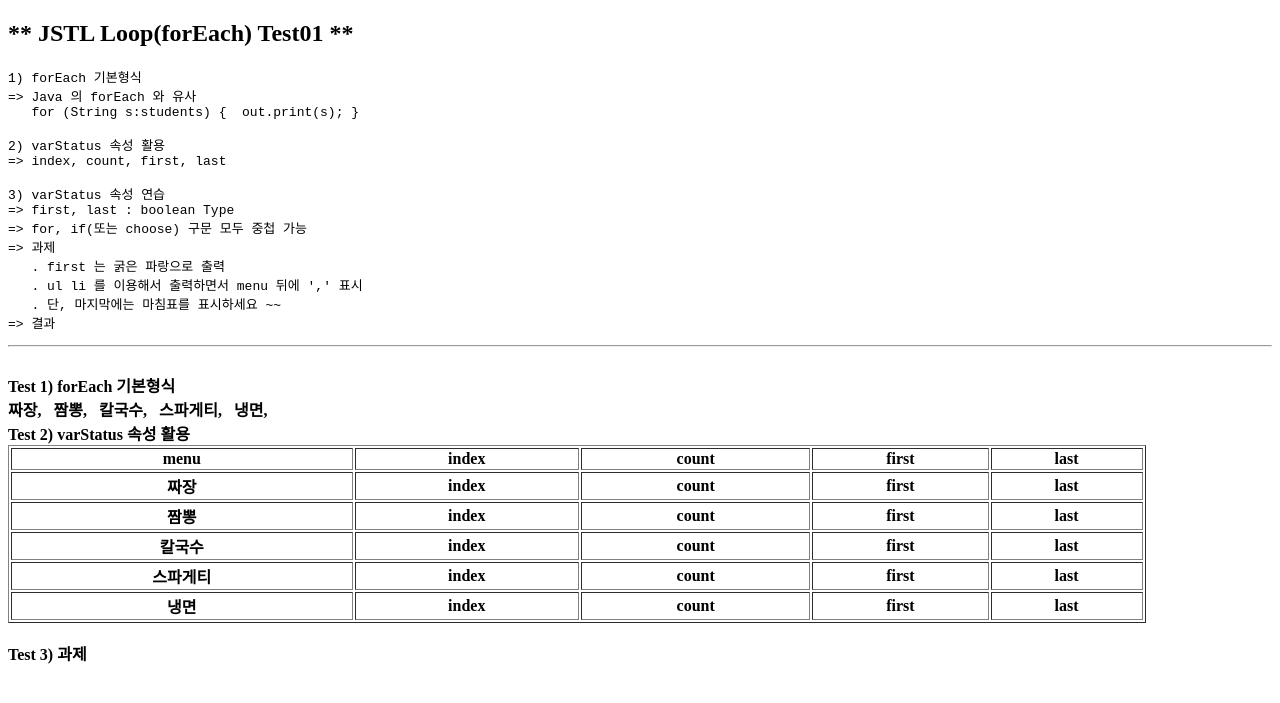
Repository: JYH94/JAVA
Page: http://localhost/web01/jsp03_jstl/ex03_for01.jsp
An editor plug-in stored every save of this project. The page is shown before and after the next save, followed by the edit.
The browser window is 1280 px wide. The pictures show the whole page.
The page is served by Tomcat 9.

Above is the page before, as saved 2024-01-16 07:58:10.

After the next save:
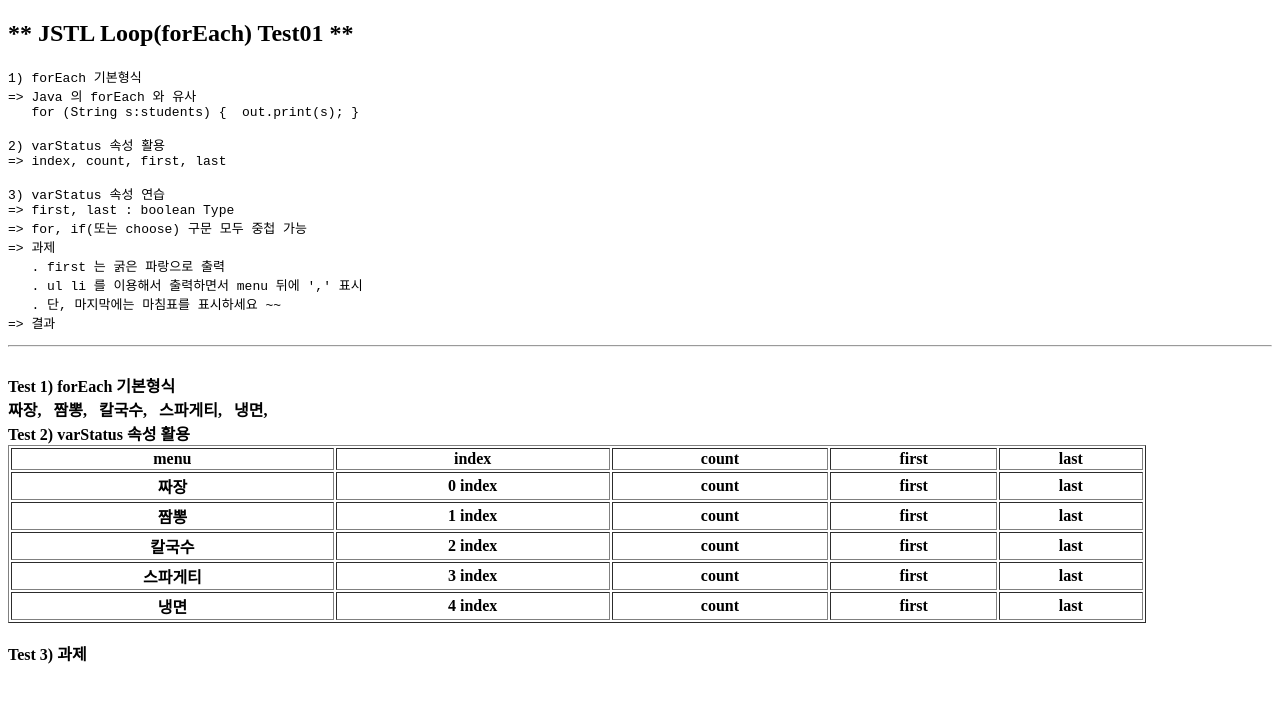
Saved 35 s later.
--- a/web01/src/main/webapp/jsp03_jstl/ex03_for01.jsp
+++ b/web01/src/main/webapp/jsp03_jstl/ex03_for01.jsp
@@ -51,8 +51,8 @@ pageContext.setAttribute("menuList", menu);
 		</tr>
 		<c:forEach var="menu" items="${menuList}" varStatus="vs">
 		<tr>
-			<td>${menu }</td>
-			<td>index</td>
+			<td>${menu}</td>
+			<td>${vs.index } index</td>
 			<td>count</td>
 			<td>first</td>
 			<td>last</td>
